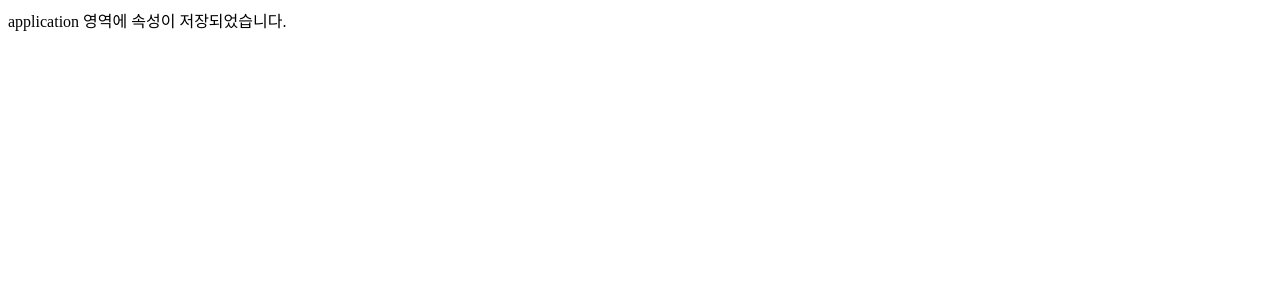
Repository: SteelIndustry/neo
Page: http://localhost/HelloWorld/03Scope/ApplicationResult.jsp
An editor plug-in stored every save of this project. The page is shown before and after the next save, followed by the edit.
The browser window is 1280 px wide. The pictures show the whole page.
The page is served by Tomcat 9.

Above is the page before, as saved 2022-09-05 05:30:55.

After the next save:
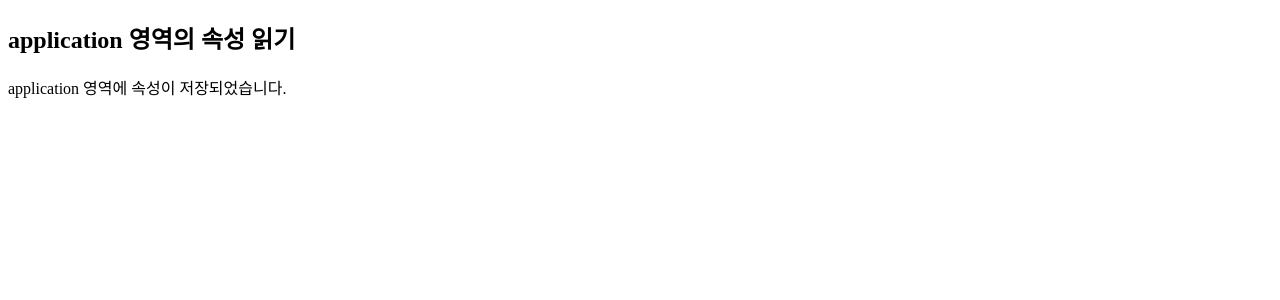
Saved 113 s later.
--- a/WebJSP/HelloWorld/WebContent/03Scope/ApplicationResult.jsp
+++ b/WebJSP/HelloWorld/WebContent/03Scope/ApplicationResult.jsp
@@ -11,7 +11,7 @@
 <title>application 영역</title>
 </head>
 <body>
-
+	<h2>application 영역의 속성 읽기</h2>
 	<%
 	Map<String, Person> maps = new HashMap<>();
 	maps.put("actor1", new Person("이수일", 30));
